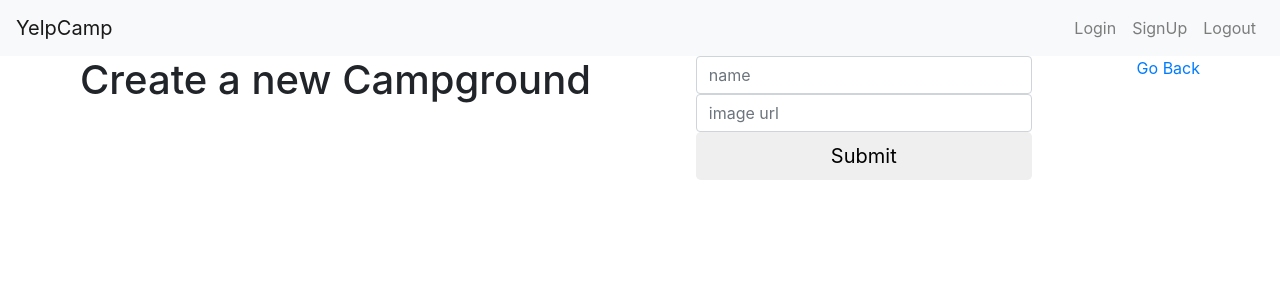
Repository: ninad1999/Yelp-Camp
Page: http://localhost/campgrounds/new
The author's editor kept a record of every edit. The page is drawn from the files as they stood at one moment, then again after the next edit.
The browser window is 1280 px wide. The pictures show the whole page.
The page is served by the project's Node server (V1/app.js).

Above is the page before.

After the next edit:
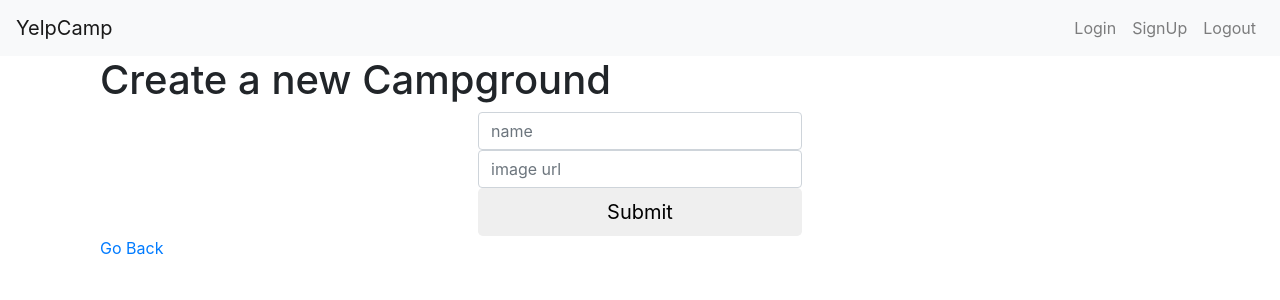
The edit:
--- a/workspace/V1/views/new.ejs
+++ b/workspace/V1/views/new.ejs
@@ -1,7 +1,7 @@
 <% include partials/header %>
 
 <div class="container">
-    <div class="form-row">
+    <div class="col-md-12">
         <h1>Create a new Campground</h1>
         <div style="width: 30%; margin: 0 auto">
             <form action="/campgrounds" method="POST">
